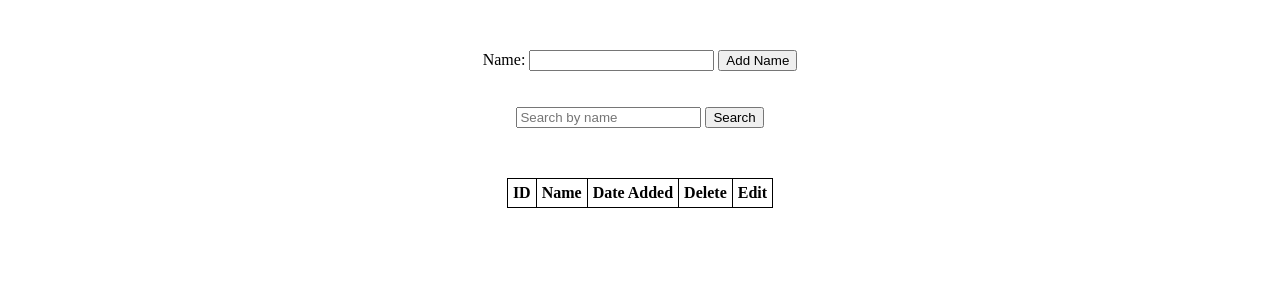
Repository: Theracon/Simple-mysql-node-app
Page: client/index.html
The author's editor kept a copy of each file at every save. The page is drawn from the files as they stood at one save, then again after the next save.
The browser window is 1280 px wide. The pictures show the whole page.

Above is the page before, as saved 2021-06-04 09:19:52.

After the next save:
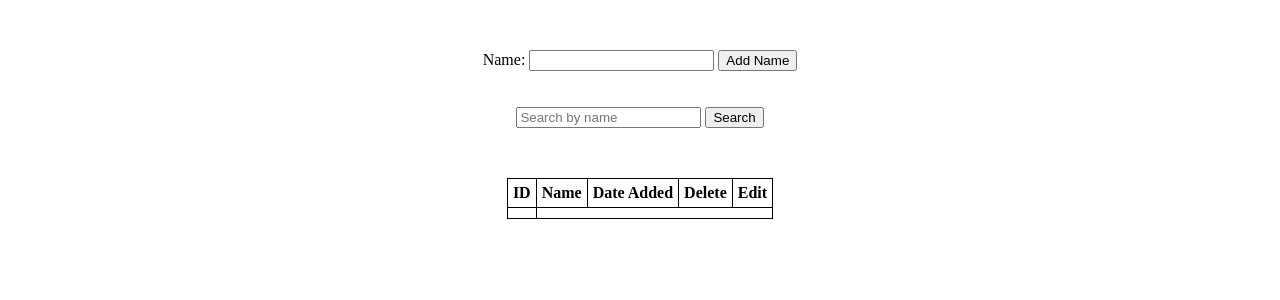
Saved 69 s later.
--- a/client/app.js
+++ b/client/app.js
@@ -7,6 +7,6 @@ function loadHTMLTable(data) {
     let tableHTML = '';
 
     if (data.length === 0) {
-
+        table.innerHTML = "<tr><td class='no-data'></td></tr>";
     }
 }
